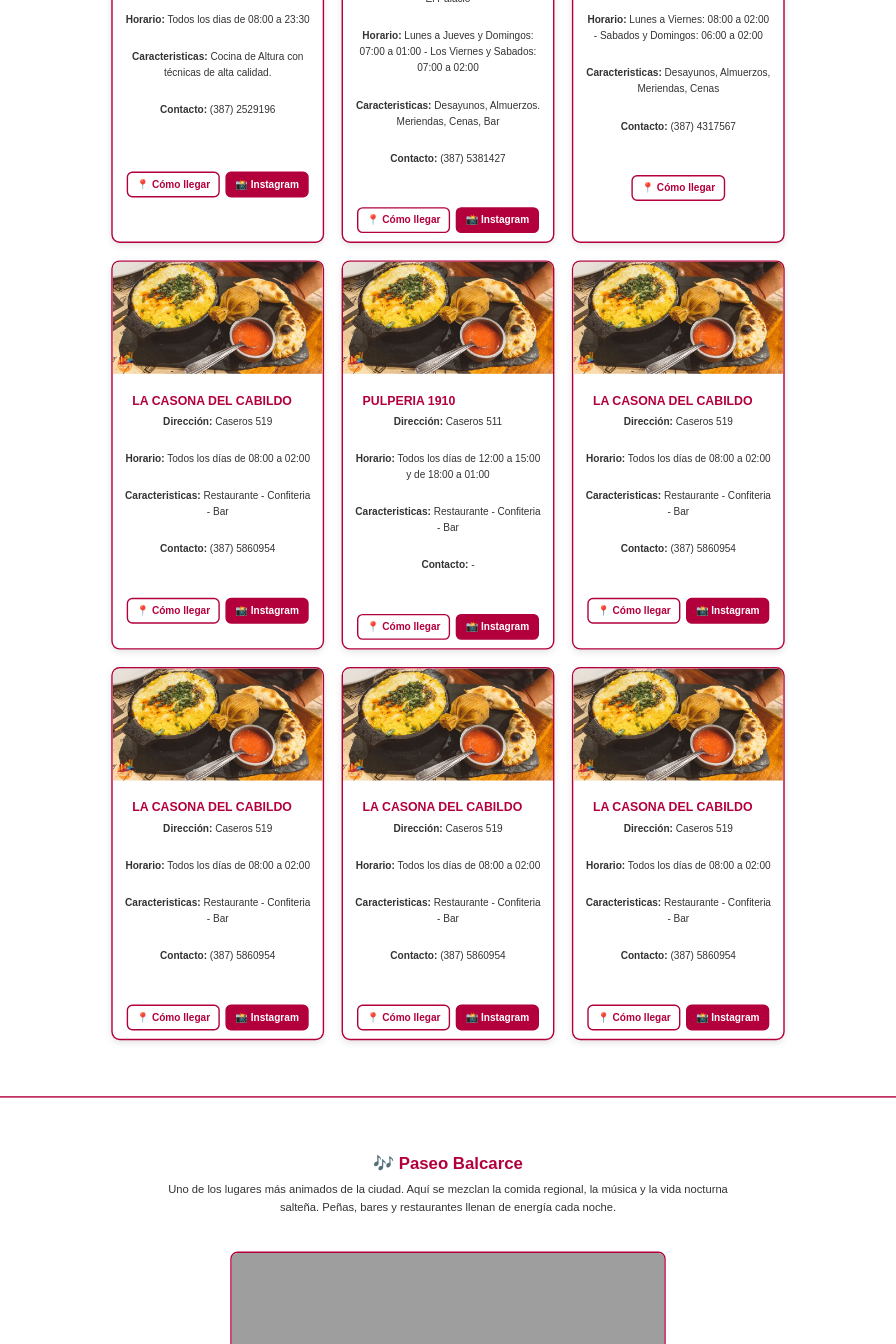
Repository: nahir95/come-en-salta
Page: restaurantes.html
These files come from the project's save history. The page is drawn as it stood at one moment and after the next save; the edit follows.
The browser window is 1280 px wide. The pictures show the part of the page from y = 1390 to 3310 px (the page is 6187 px tall before and 6205 px after), at 70% of full size.
Pictures or frames that could not be fetched are drawn as grey boxes.

Above is the page before, as saved 2025-11-12 02:31:54.

After the next save:
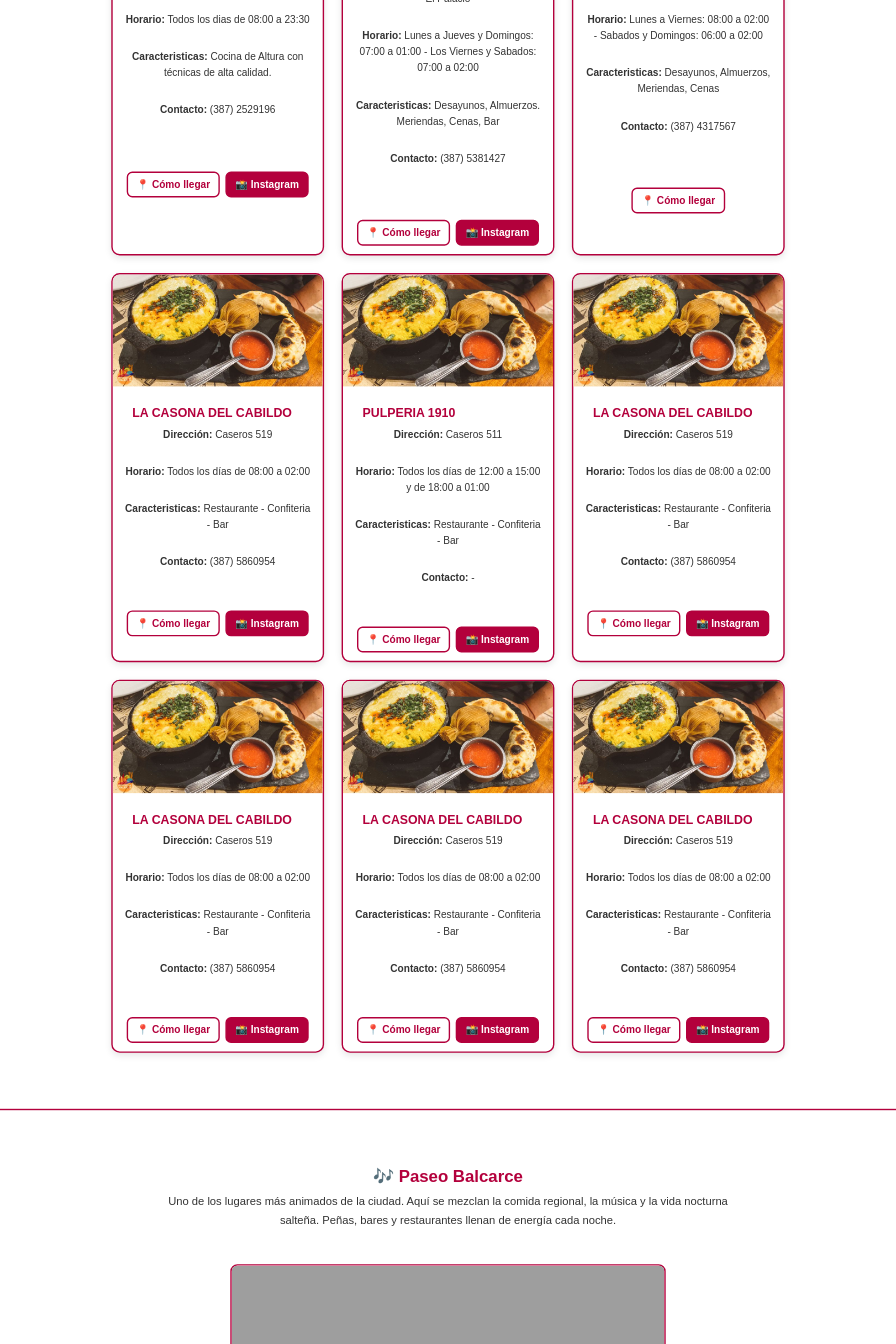
Saved 37 s later.
--- a/restaurantes.html
+++ b/restaurantes.html
@@ -103,7 +103,7 @@
         <p><strong>Dirección:</strong> Bartolome Mitre 37 - Galeria El Palacio</p>
         <p><strong>Horario:</strong> Lunes a Jueves y Domingos: 07:00 a 01:00 - Los Viernes y Sabados: 07:00 a 02:00</p>
         <p><strong>Caracteristicas:</strong> Desayunos, Almuerzos. Meriendas, Cenas, Bar</p>
-        <p><strong>Contacto:</strong> (387) 5381427</p> <br>
+        <p><strong>Contacto:</strong> (387) 5381427</p> <br> <br>
         <div class="btns-resto">
           <a href="https://maps.app.goo.gl/PCjznmCm7fmgmqhf8?g_st=aw" target="_blank" class="btn">📍 Cómo llegar</a>
           <a href="https://www.instagram.com/tunacocina?igsh=bWRpaGdxN2wyMXRj" target="_blank" class="btn btn-secundario">📸 Instagram</a>
@@ -119,7 +119,7 @@
         <p><strong>Dirección:</strong> Caseros 602</p>
         <p><strong>Horario:</strong> Lunes a Viernes: 08:00 a 02:00 - Sabados y Domingos: 06:00 a 02:00</p>
         <p><strong>Caracteristicas:</strong> Desayunos, Almuerzos, Meriendas, Cenas</p>
-        <p><strong>Contacto:</strong> (387) 4317567</p> <br>
+        <p><strong>Contacto:</strong> (387) 4317567</p> <br> <br>
         <div class="btns-resto">
           <a href="https://maps.app.goo.gl/SDz5q4yyxKZGqRi97?g_st=aw" target="_blank" class="btn">📍 Cómo llegar</a>
         </div>
